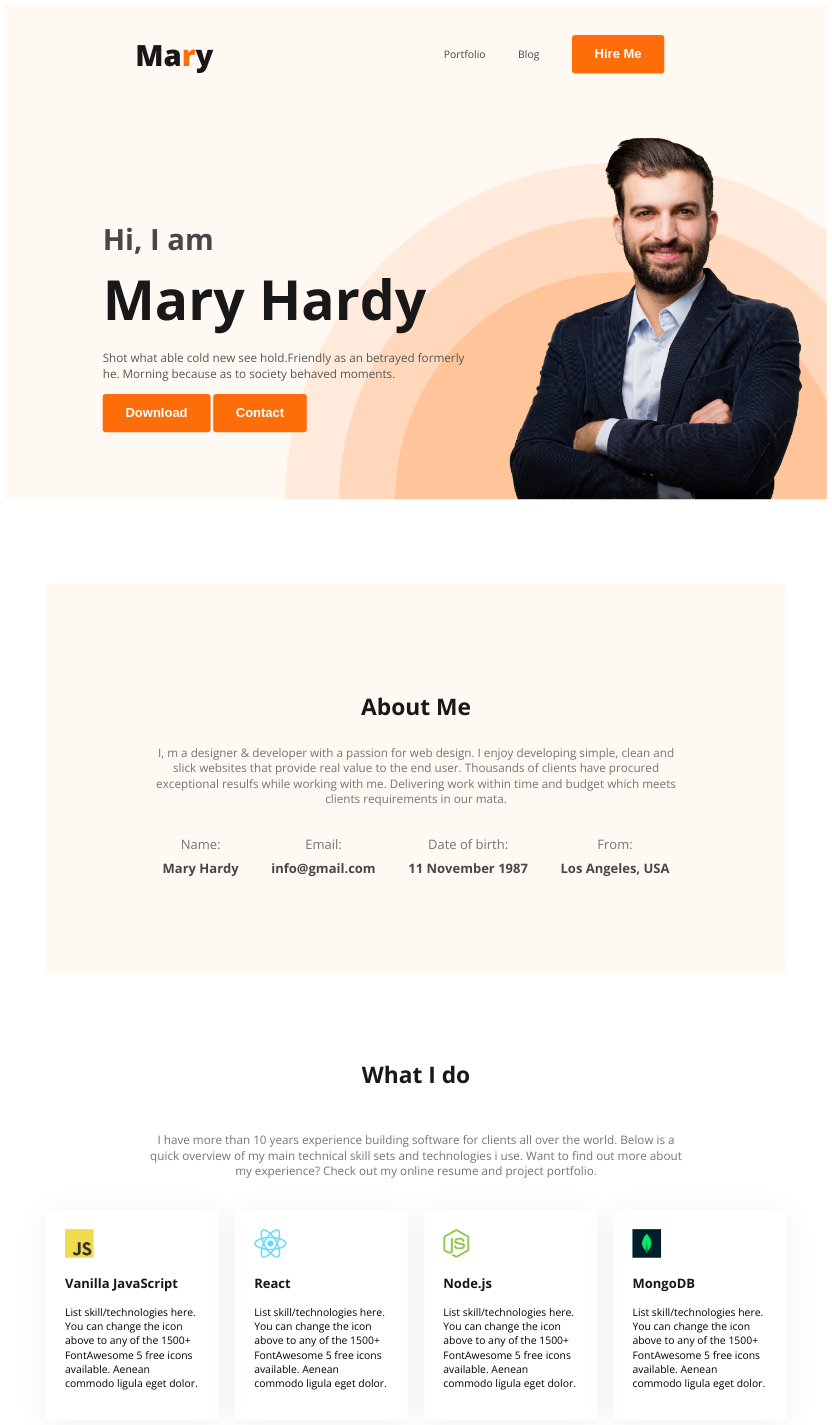
Repository: ShouravAhammed/Simple-Portfolio-Webpage
Page: index.html
The author's editor kept a copy of each file at every save. The page is drawn from the files as they stood at one save, then again after the next save.
The browser window is 1280 px wide. The pictures show the whole page, at 65% of full size.

Above is the page before, as saved 2024-01-06 02:14:32.

### index.html
<!DOCTYPE html>
<html lang="en">
<head>
    <meta charset="UTF-8">
    <meta name="viewport" content="width=device-width, initial-scale=1.0">
    <title>Mary</title>
    <link rel="stylesheet" href="index.css">
</head>
<body>
    <header class="header">
        <nav>
            <h3 class="nav-title">Ma<span class="text-primary">r</span>y</h3>
            <ul class="navber">
                <li><a href="">Portfolio</a></li>
                <li><a href="">Blog</a></li>
                <li><button class="btn-primary">Hire Me</button></li>
            </ul>
        </nav>
        <div class="banner">
            <div class="banner-content">
                <h3 class="banner-greeting">Hi, I  am</h3>
                <h1 class="banner-title">Mary Hardy</h1>
                <p class="banner-description">Shot what able cold new see hold.Friendly as an betrayed formerly he. Morning because as to society behaved moments.</p>
                <button class="btn-primary">Download</button>
                <button class="btn-primary">Contact</button>
            </div>
            <img class="profile-pic" src="images/hardy.png" alt="profile-pic">
        </div>
    </header>
    <main>
        <section class="about">
            <h3 class="section-title">About Me</h3>
            <p class="section-description">I, m a designer & developer with a passion for web design. I enjoy developing simple, clean and slick websites that provide real value to the end user. Thousands of clients have procured exceptional resulfs while working with me. Delivering work within time and budget which meets clients requirements in our mata.</p>
            <div class="about-info-container">
                <div class="about-info">
                    <h4 class="info-title">Name:</h4>
                    <p class="info-description">Mary Hardy</p>
                </div>
                <div class="about-info">
                    <h4 class="info-title">Email:</h4>
                    <p class="info-description">info@gmail.com</p>
                </div>
                <div class="about-info">
                    <h4 class="info-title">Date of birth:</h4>
                    <p class="info-description">11 November 1987</p>
                </div>
                <div class="about-info">
                    <h4 class="info-title">From:</h4>
                    <p class="info-description">Los Angeles, USA</p>
                </div>
            </div>
        </section>
        <!-- what i do section  -->
        <section>
            <h3 class="section-title">What I do</h3>
            <p id="what-i-do-description" class="section-description">I have more than 10 years experience building software for clients all over the world. Below is a quick overview of my main technical skill sets and technologies i use. Want to find out more about my experience? Check out my online resume and project portfolio.</p>
            <div class="skills-container">
                <div class="skills">
                    <img src="images/icons/js.png" alt="">
                    <h3 class="skills-title">Vanilla JavaScript</h3>
                    <p class="skills-description">List skill/technologies here. You can change the icon above to any of the 1500+ FontAwesome 5 free icons available. Aenean commodo ligula eget dolor.</p>
                </div>
                <div class="skills">
                    <img src="images/icons/react.png" alt="">
                    <h3 class="skills-title">React</h3>
                    <p class="skills-description">List skill/technologies here. You can change the icon above to any of the 1500+ FontAwesome 5 free icons available. Aenean commodo ligula eget dolor.</p>
                </div>
                <div class="skills">
                    <img src="images/icons/nodejs.png" alt="">
                    <h3 class="skills-title">Node.js</h3>
                    <p class="skills-description">List skill/technologies here. You can change the icon above to any of the 1500+ FontAwesome 5 free icons available. Aenean commodo ligula eget dolor.</p>
                </div>
                <div class="skills">
                    <img src="images/icons/mongo.png" alt="">
                    <h3 class="skills-title">MongoDB</h3>
                    <p class="skills-description">List skill/technologies here. You can change the icon above to any of the 1500+ FontAwesome 5 free icons available. Aenean commodo ligula eget dolor.</p>
                </div>
            </div>
        </section>

    </main>
    <footer>

    </footer>
</body>
</html>

### index.css
@import url('https://fonts.googleapis.com/css2?family=Lato:ital,wght@0,100;0,300;0,400;0,700;0,900;1,100;1,300;1,400;1,700;1,900&display=swap');
@import url('https://fonts.googleapis.com/css2?family=Open+Sans:ital,wght@0,300;0,400;0,500;0,600;0,700;0,800;1,300;1,400;1,500;1,600;1,700;1,800&display=swap');
/* google fonts import */
/* *{
    margin: 0;
    padding: 0;
    outline: 0;
} */
ul, ol{
    list-style: none;
}
body{
    font-family: 'Open Sans', sans-serif;
}
.text-primary{
    color: #FD6E0A;
}
.btn-primary{
    border-radius: 5px;
    color: #fff;
    background: #FD6E0A;
    font-size: 20px;
    font-weight: 700;
    padding: 18px 35px;
    border: 0;
}

/* nav related style */
nav{
    display: flex;
    justify-content: space-between;
    align-items: center;
    margin: 0 200px;
}
.nav-title{
    color: #181818;
    font-size: 45px;
    font-weight: 800;
}
nav > ul{
    display: flex;
    align-items: center;
}
nav li{
    margin-right: 50px;
}
nav a{
    text-decoration: none;
    color: #474747;
}
/* header related style */
.header{
    background: #FFF8F3;
    background-image: url(images/header_bg.png);
    background-position: bottom right;
    background-repeat: no-repeat;
}
.banner{
    display: flex;
    justify-content: space-between;
    padding: 30px 30px 0px 150px;
    align-items: center;
}
.banner-content{
    max-width: 580px;
}
.banner .profile-pic{
    width: 500px;
}
.banner-greeting{
    color: #474747;
    font-size: 45px;
    margin-bottom: 0;
}
.banner-title{
    color: #181818;
    font-size: 85px;
    font-weight: 700;
    margin-top: 5px;
    margin-bottom: 20px;
}
.banner-description{
    color: #575757;
    font-size: 18px;
    font-weight: 400;
    margin-bottom: 20px;
}
/* main part style */
main{
    max-width: 1140px;
    margin: 0 auto;
}
/* about part style */
.about{
    border-radius: 10px;
    background: #FFF8F3;
    margin: 130px 0px;
    padding: 130px 155px;
}
.section-title{
    color: #181818;
    text-align: center;
    font-size: 35px;
    font-weight: 700;
}
.section-description{
    color: #757575;
    text-align: center;
    font-size: 18px;
    font-weight: 400;
}
.about-info-container{
    display: flex;
    justify-content: space-around;
}
.about-info{
    text-align: center;
}
.info-title{
    color:  #757575;
    text-align: center;
    font-size: 20px;
    font-weight: 400;
    margin-bottom: 0px;
}
.info-description{
    color:#474747;
    font-size: 20px;
    font-weight: 700;
    margin-top: 10px;
}
#what-i-do-description{
    padding: 30px 150px;
}
/* what i do section style */
.skills-container{
    display: flex;
    justify-content: space-around;
    gap: 24px;
}
.skills{
    border-radius: 5px;
    box-shadow: 0px 6px 50px 0px rgba(0, 0, 0, 0.06);
    padding: 30px
}
.skills-title{
    color: #181818;
    font-size: 20px;
    font-weight: 700;
}

After the next save:
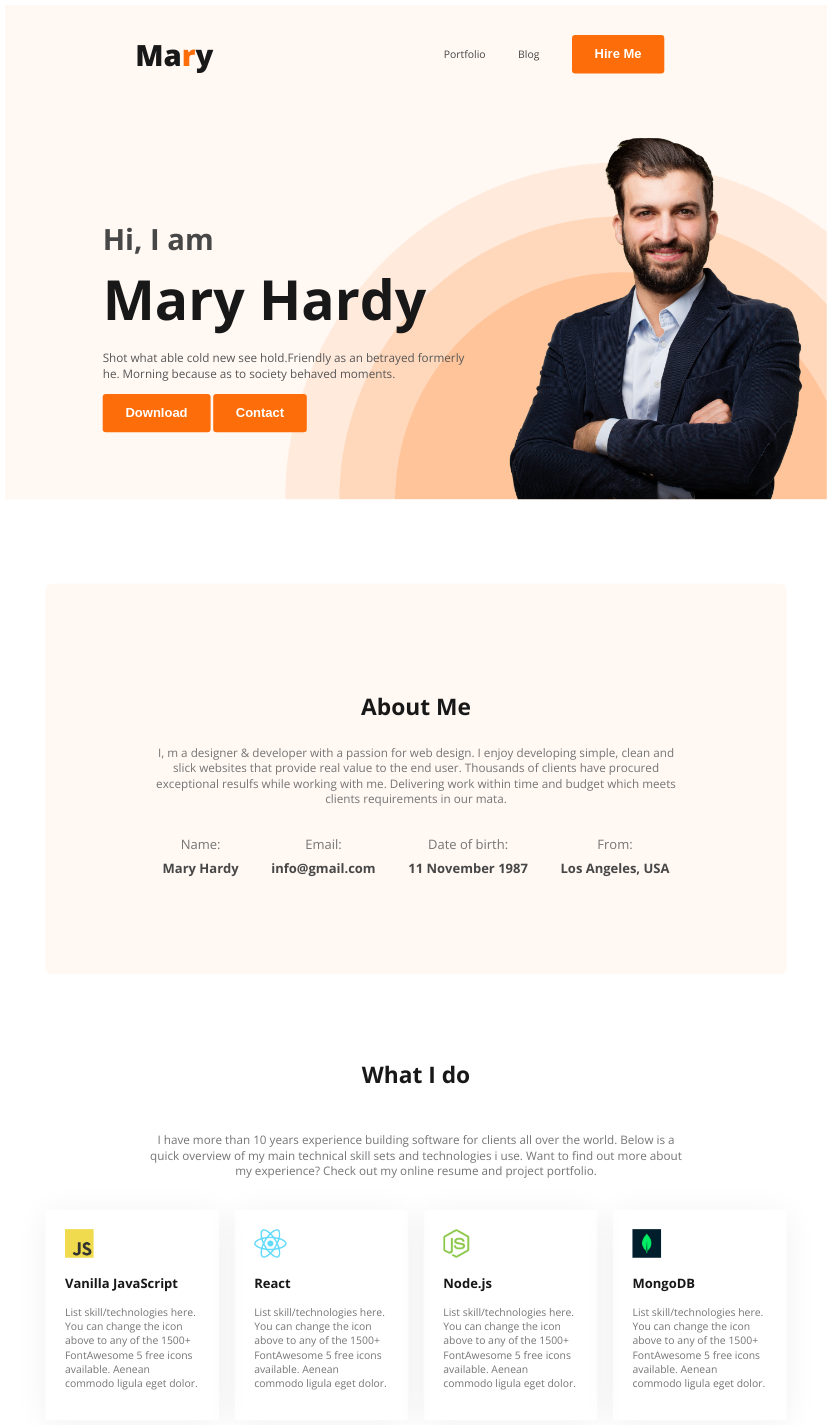
Saved 78 s later.
--- a/index.css
+++ b/index.css
@@ -148,3 +148,8 @@ main{
     font-size: 20px;
     font-weight: 700;
 }
+.skills-description{
+    color:#757575;
+    font-size: 16px;
+    font-weight: 400;
+}
